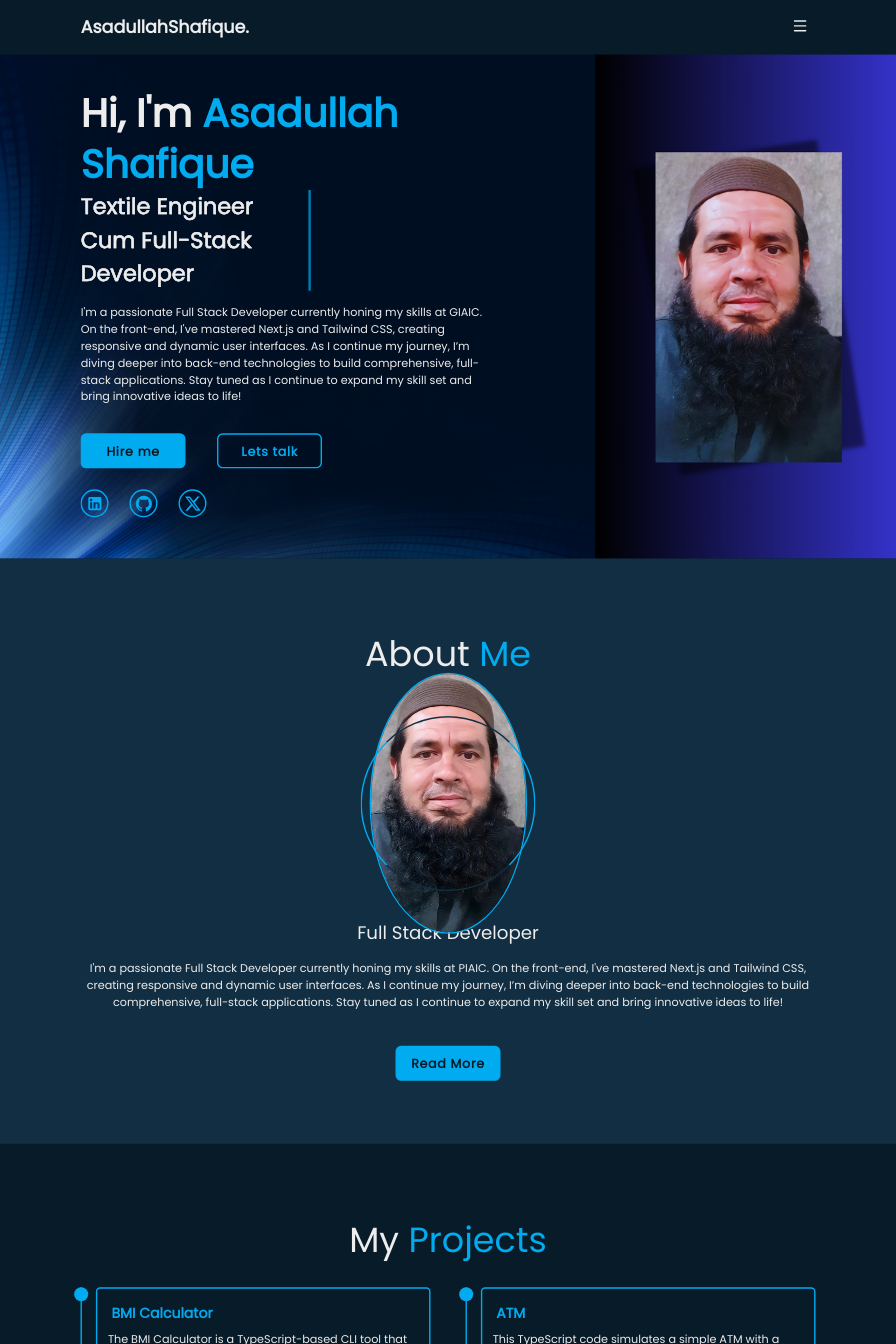
Repository: asadullah48/nextjs_projects_portfolio
Page: /
The author's editor kept a copy of each file at every save. The page is drawn from the files as they stood at one save, then again after the next save.
The browser window is 1280 px wide. The pictures show the part of the page from y = 0 to 1920 px (the page is 4234 px tall), at 70% of full size.
The project was rebuilt for these pictures with package versions that can differ from the ones it lists, and the page was loaded fresh each time. The framework's server and built-in components were replaced by stand-ins that run in the browser. Also part of the build but not shown: next.config.ts.

Above is the page before, as saved 2024-11-13 13:48:29.

After the next save:
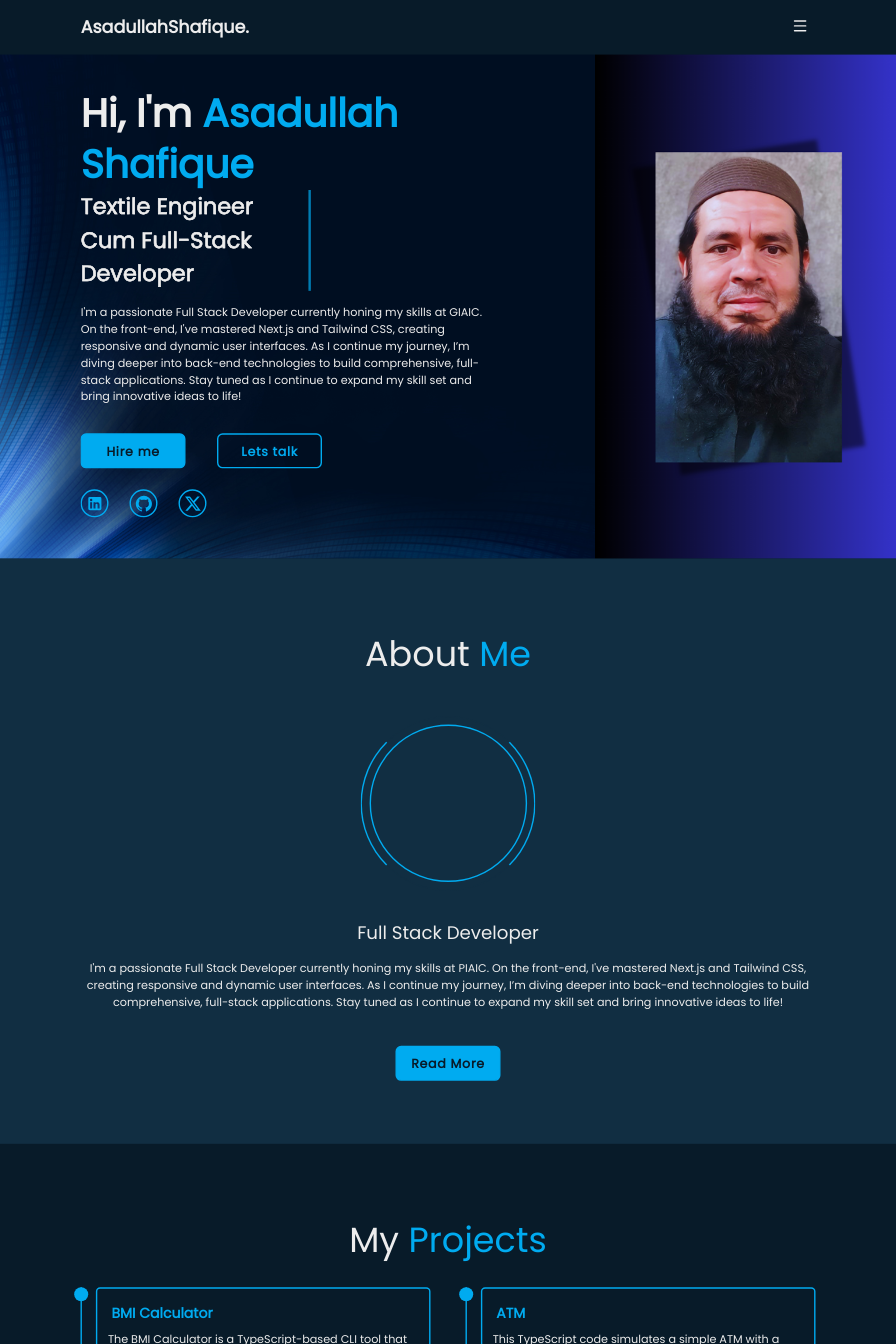
Saved 2 min 29 s later.
--- a/src/app/page.tsx
+++ b/src/app/page.tsx
@@ -196,7 +196,7 @@ active:text-[var(--main-color)]"
 
         <div className="about-image relative w-[25rem] h-[25rem] rounded-full flex justify-center items-center">
       <Image
-        src="/SmallSizeImge.jpg"
+        src="/"
         alt="Profile Image"
         width={225}
         height={225}
